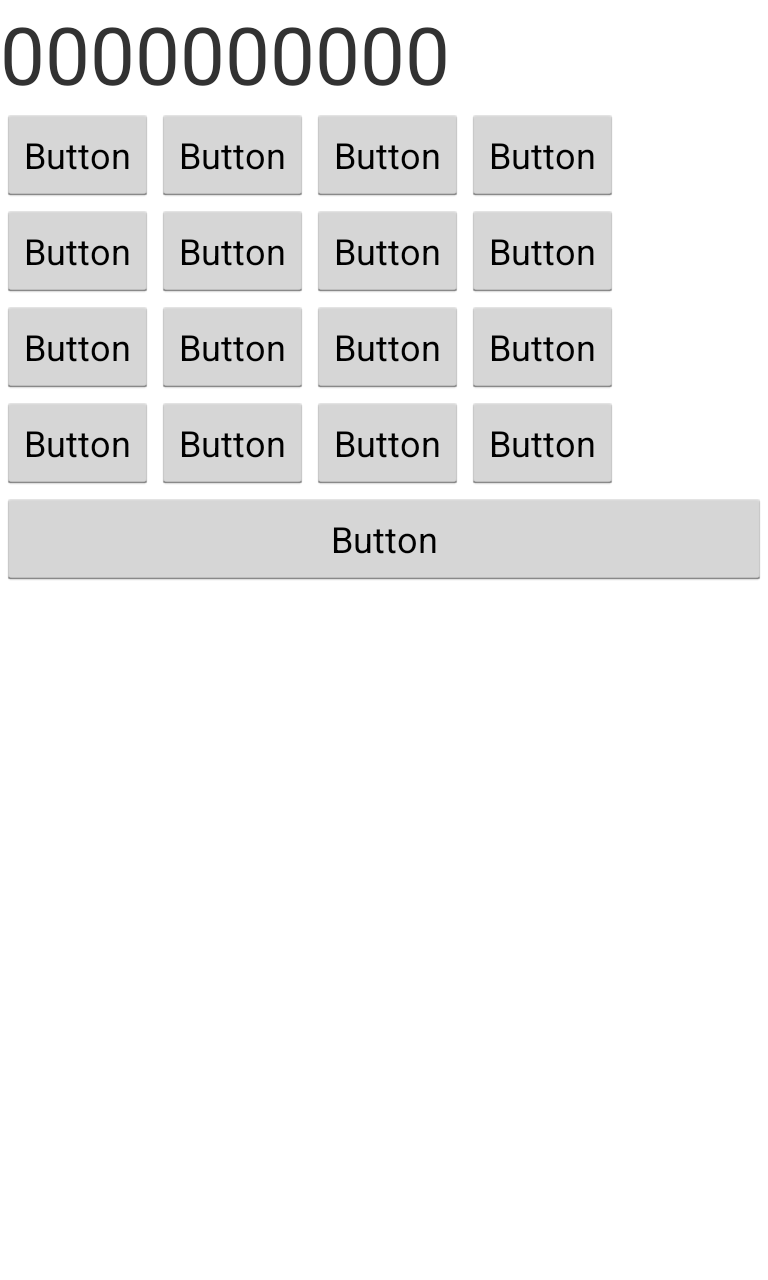
Repository: sfranco/Android
Layout: Calculadora/res/layout/activity_main.xml
These files come from the project's save history. The layout is drawn as it stood at one moment and after the next save; the edit follows.
It is drawn on a 768 x 1280 px phone screen (xhdpi) without system bars, with theme AppTheme; the app's code is not run.

Above is the layout before, as saved 2013-08-22 17:15:45.

### Calculadora/res/layout/activity_main.xml
<LinearLayout xmlns:android="http://schemas.android.com/apk/res/android"
    android:layout_width="match_parent"
    android:layout_height="match_parent"
    android:orientation="vertical" >

    <TextView
        android:id="@+id/solucion"
        android:textSize="40sp"
        android:layout_width="fill_parent"
		android:layout_height="wrap_content"
		android:text="0000000000"
        >
        </TextView>

    <TableLayout
        android:layout_width="fill_parent"
        android:layout_height="fill_parent" >

        <TableRow
            android:id="@+id/num1"
            android:layout_width="wrap_content"
            android:layout_height="wrap_content" >

            <Button
                android:id="@+id/button1"
                android:layout_width="wrap_content"
                android:layout_height="wrap_content"
                android:text="Button" />

            <Button
                android:id="@+id/button2"
                android:layout_width="wrap_content"
                android:layout_height="wrap_content"
                android:text="Button" />

            <Button
                android:id="@+id/button3"
                android:layout_width="wrap_content"
                android:layout_height="wrap_content"
                android:text="Button" />

            <Button
                android:id="@+id/button4"
                android:layout_width="wrap_content"
                android:layout_height="wrap_content"
                android:text="Button" />

        </TableRow>

        <TableRow
            android:id="@+id/tableRow2"
            android:layout_width="wrap_content"
            android:layout_height="wrap_content" >

            <Button
                android:id="@+id/button5"
                android:layout_width="wrap_content"
                android:layout_height="wrap_content"
                android:text="Button" />

            <Button
                android:id="@+id/button6"
                android:layout_width="wrap_content"
                android:layout_height="wrap_content"
                android:text="Button" />

            <Button
                android:id="@+id/button7"
                android:layout_width="wrap_content"
                android:layout_height="wrap_content"
                android:text="Button" />

            <Button
                android:id="@+id/button8"
                android:layout_width="wrap_content"
                android:layout_height="wrap_content"
                android:text="Button" />

        </TableRow>

        <TableRow
            android:id="@+id/tableRow3"
            android:layout_width="wrap_content"
            android:layout_height="wrap_content" >

            <Button
                android:id="@+id/button9"
                android:layout_width="wrap_content"
                android:layout_height="wrap_content"
                android:text="Button" />

            <Button
                android:id="@+id/button10"
                android:layout_width="wrap_content"
                android:layout_height="wrap_content"
                android:text="Button" />

            <Button
                android:id="@+id/button11"
                android:layout_width="wrap_content"
                android:layout_height="wrap_content"
                android:text="Button" />

            <Button
                android:id="@+id/button12"
                android:layout_width="wrap_content"
                android:layout_height="wrap_content"
                android:text="Button" />

        </TableRow>

        <TableRow
            android:id="@+id/tableRow4"
            android:layout_width="wrap_content"
            android:layout_height="wrap_content" >

            <Button
                android:id="@+id/button13"
                android:layout_width="wrap_content"
                android:layout_height="wrap_content"
                android:text="Button" />

            <Button
                android:id="@+id/button14"
                android:layout_width="wrap_content"
                android:layout_height="wrap_content"
                android:text="Button" />

            <Button
                android:id="@+id/button15"
                android:layout_width="wrap_content"
                android:layout_height="wrap_content"
                android:text="Button" />

            <Button
                android:id="@+id/button16"
                android:layout_width="wrap_content"
                android:layout_height="wrap_content"
                android:text="Button" />

        </TableRow>

        <Button
            android:id="@+id/button17"
            android:layout_width="wrap_content"
            android:layout_height="wrap_content"
            android:text="Button" />

    </TableLayout>

</LinearLayout>

Loaded but not shown: Calculadora/res/values/styles.xml (common file); Calculadora/res/values-v11/styles.xml (common file); Calculadora/res/values-v14/styles.xml (common file)

After the next save:
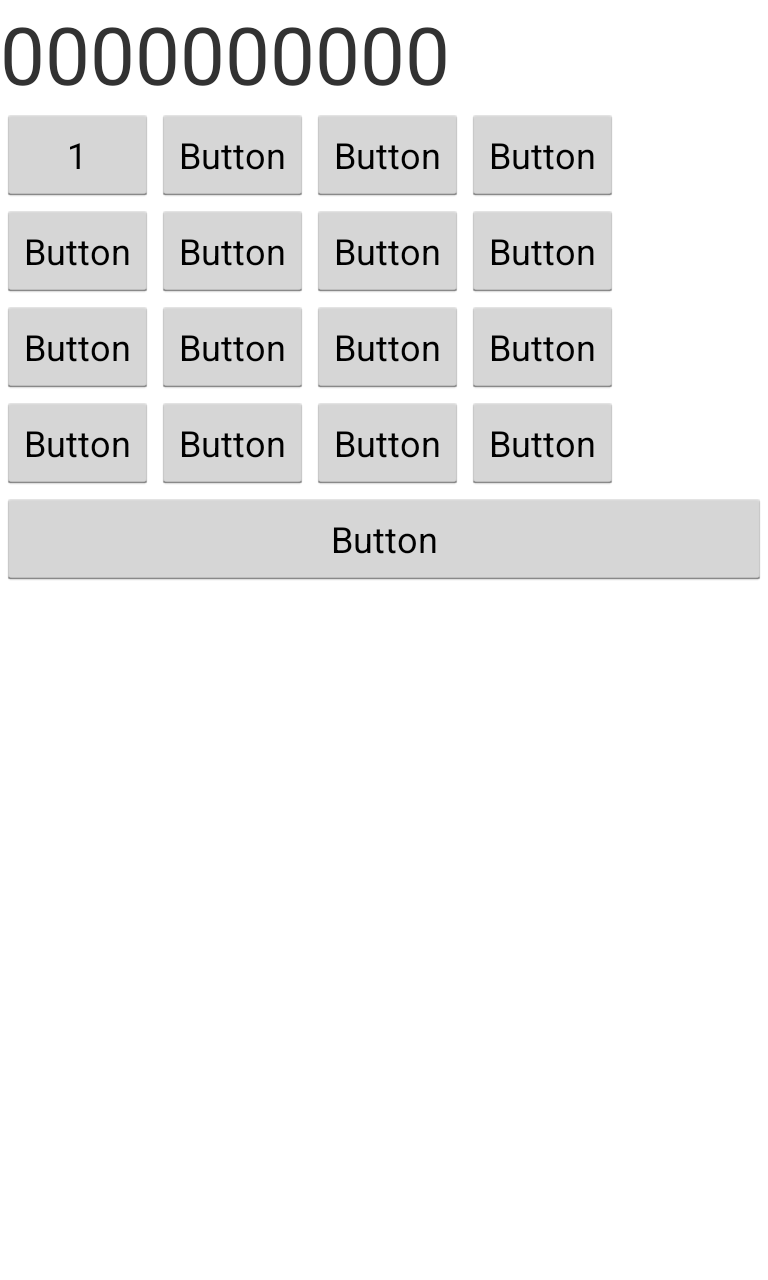
Saved 2 min 54 s later.
--- a/Calculadora/res/layout/activity_main.xml
+++ b/Calculadora/res/layout/activity_main.xml
@@ -22,10 +22,10 @@
             android:layout_height="wrap_content" >
 
             <Button
-                android:id="@+id/button1"
+                android:id="@+id/num1"
                 android:layout_width="wrap_content"
                 android:layout_height="wrap_content"
-                android:text="Button" />
+                android:text="1" />
 
             <Button
                 android:id="@+id/button2"
